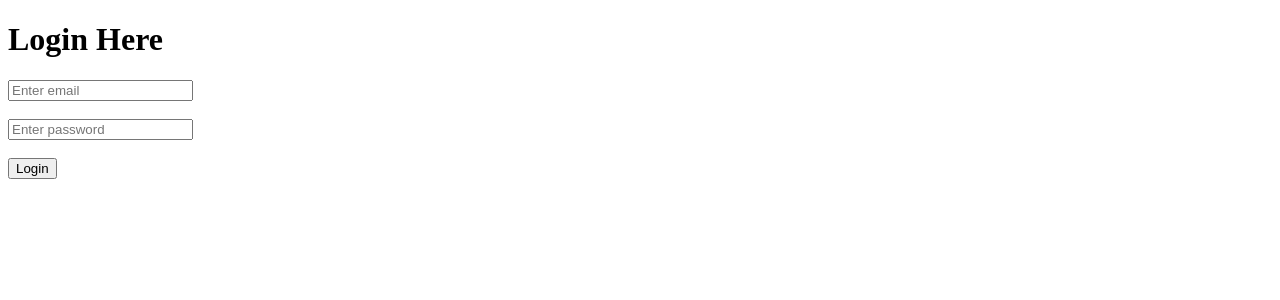
Repository: Madavahari/Servlets
Page: http://localhost/sms/login.jsp
An editor plug-in stored every save of this project. The page is shown before and after the next save, followed by the edit.
The browser window is 1280 px wide. The pictures show the whole page.
The page is served by Tomcat 9. Other server files are loaded and not shown.

Above is the page before, as saved 2024-10-17 03:47:05.

### servlets/sms/src/main/webapp/login.jsp
<%@ page language="java" contentType="text/html; charset=UTF-8"
    pageEncoding="UTF-8"%>
<!DOCTYPE html>
<html>
<head>
<meta charset="UTF-8">
<title>Login Page</title>
</head>
<body>
<h1>Login Here</h1>
<div>
<form action="login">
<input type="text" name="email" placeholder="Enter email"><br><br>
<input type="text" name="password" placeholder="Enter password"><br><br>
<button type="submit">Login</button>
</form>

</div>
</body>
</html>

After the next save:
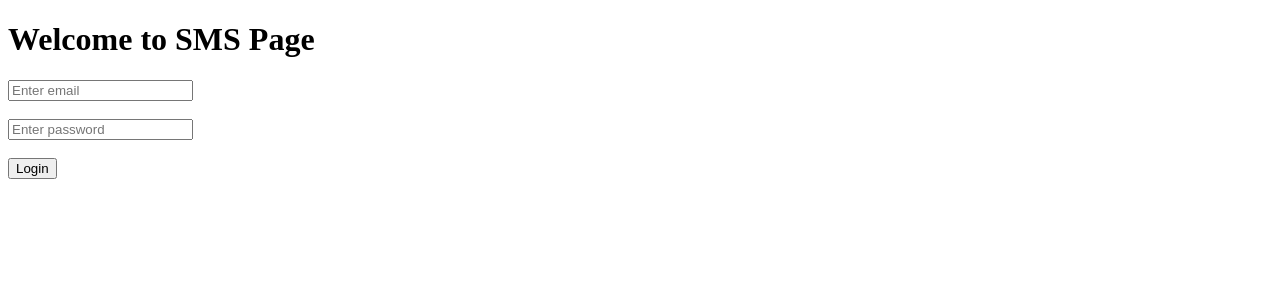
Saved 20 s later.
--- a/servlets/sms/src/main/webapp/login.jsp
+++ b/servlets/sms/src/main/webapp/login.jsp
@@ -7,7 +7,7 @@
 <title>Login Page</title>
 </head>
 <body>
-<h1>Login Here</h1>
+<h1>Welcome to SMS Page</h1>
 <div>
 <form action="login">
 <input type="text" name="email" placeholder="Enter email"><br><br>
